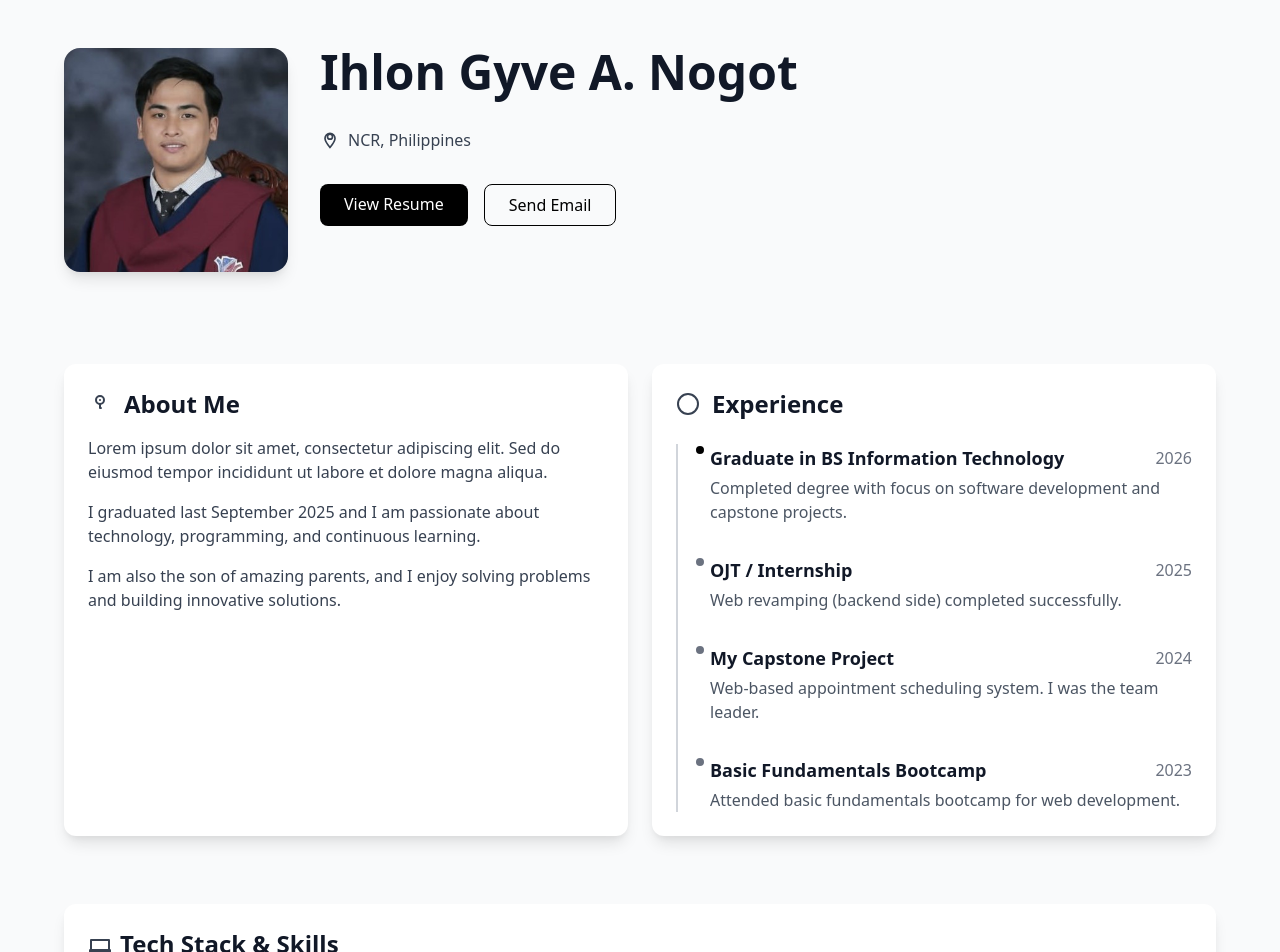
Repository: MeekSharkdev/cv-portfolio
Page: index.html
These files come from the project's save history. The page is drawn as it stood at one moment and after the next save; the edit follows.
The browser window is 1280 px wide. The pictures show the part of the page from y = 0 to 952 px (the page is 2552 px tall).
A picture or video elsewhere on the page could not be fetched, so the positions and the page height are approximate.

Above is the page before, as saved 2026-01-31 19:37:42.
Not found: styles.css

After the next save:
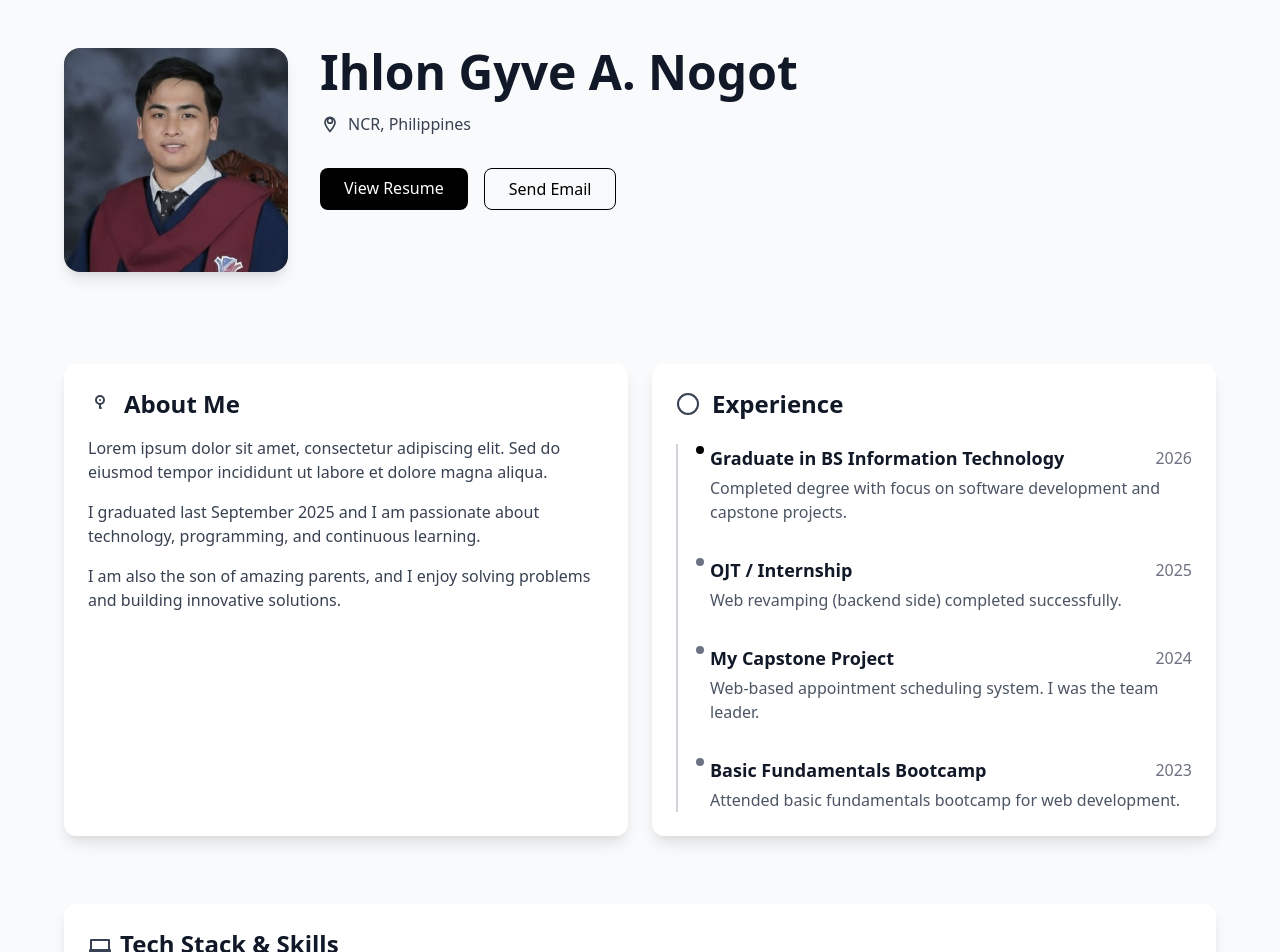
Saved 4 s later.
--- a/index.html
+++ b/index.html
@@ -27,7 +27,7 @@
             <div class="flex flex-col justify-center gap-4">
                 <!-- Full Name -->
                 <h1 class="text-4xl md:text-5xl font-bold">Ihlon Gyve A. Nogot</h1>
-                <p
+
 
                 <!-- Location -->
                 <div class="flex items-center gap-2 text-gray-700">
